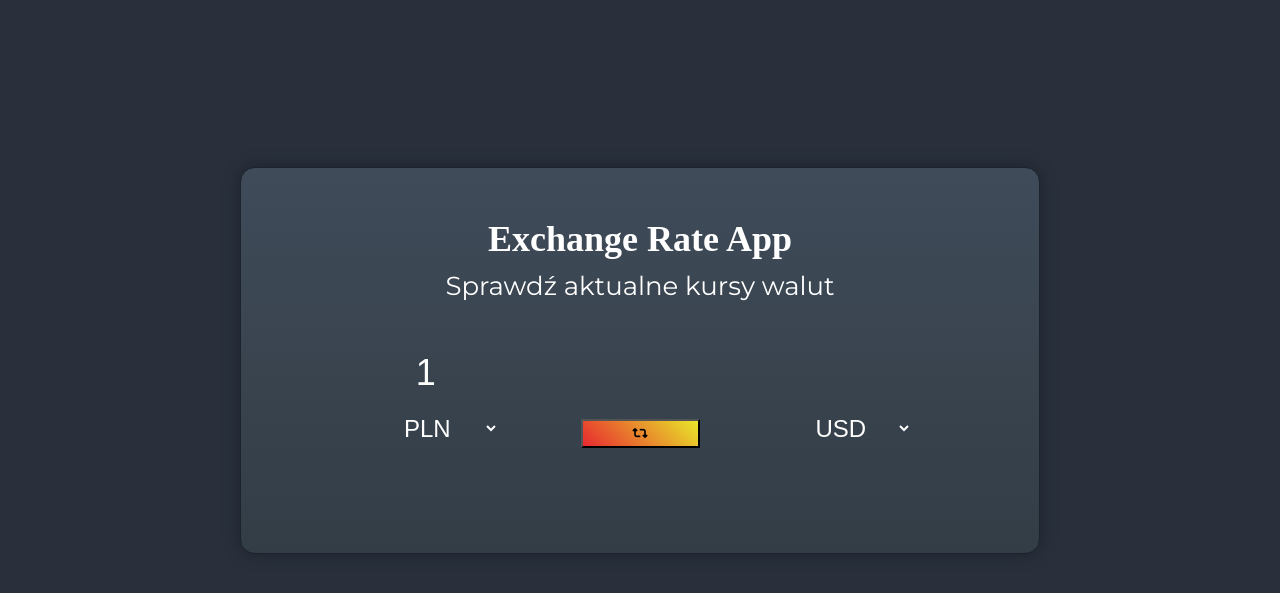
Repository: KrzysKolo/Projekt-6_Kantor
Page: index.html
These files come from the project's save history. The page is drawn as it stood at one moment and after the next save; the edit follows.
The browser window is 1280 px wide. The pictures show the whole page.
Some web fonts or font styles are not loaded; a fallback is used. Some web libraries are served in a nearby version.

Above is the page before, as saved 2020-07-12 06:23:42.

After the next save:
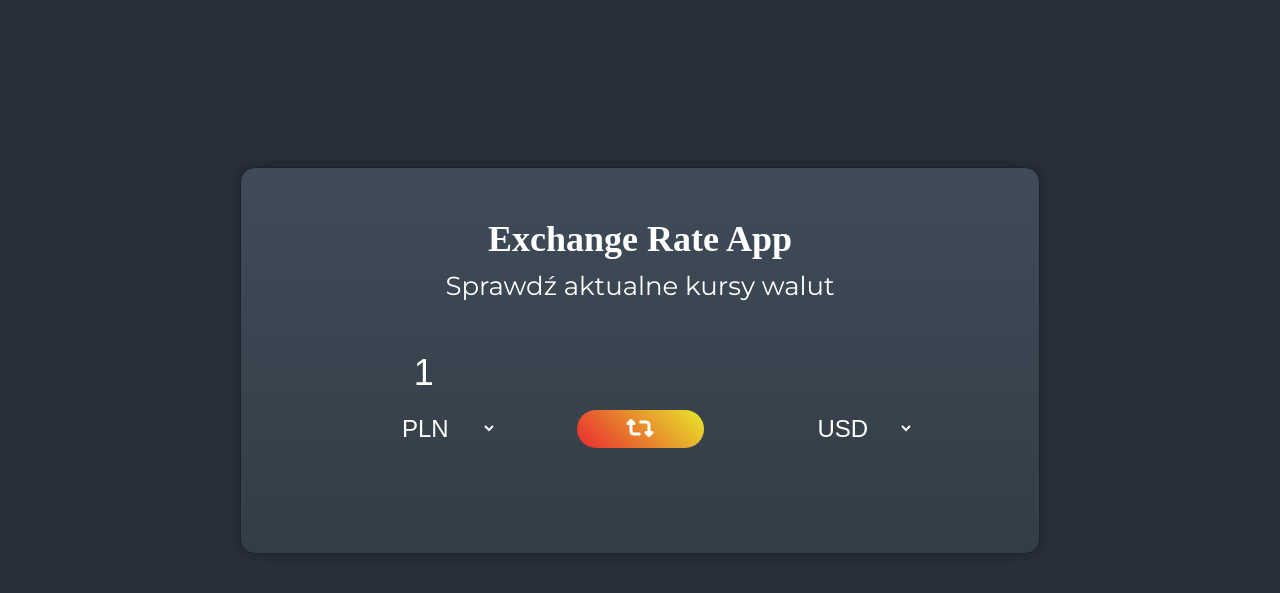
Saved 79 s later.
--- a/css/style.css
+++ b/css/style.css
@@ -73,4 +73,9 @@ body {
   margin: 5px;
   padding: 5px 50px;
   background-image: linear-gradient(45deg, #e82930, #e8e829);
+  font-size: 24px;
+  border: none;
+  border-radius: 25px;
+  color: #fff;
+  cursor: pointer;
 }
